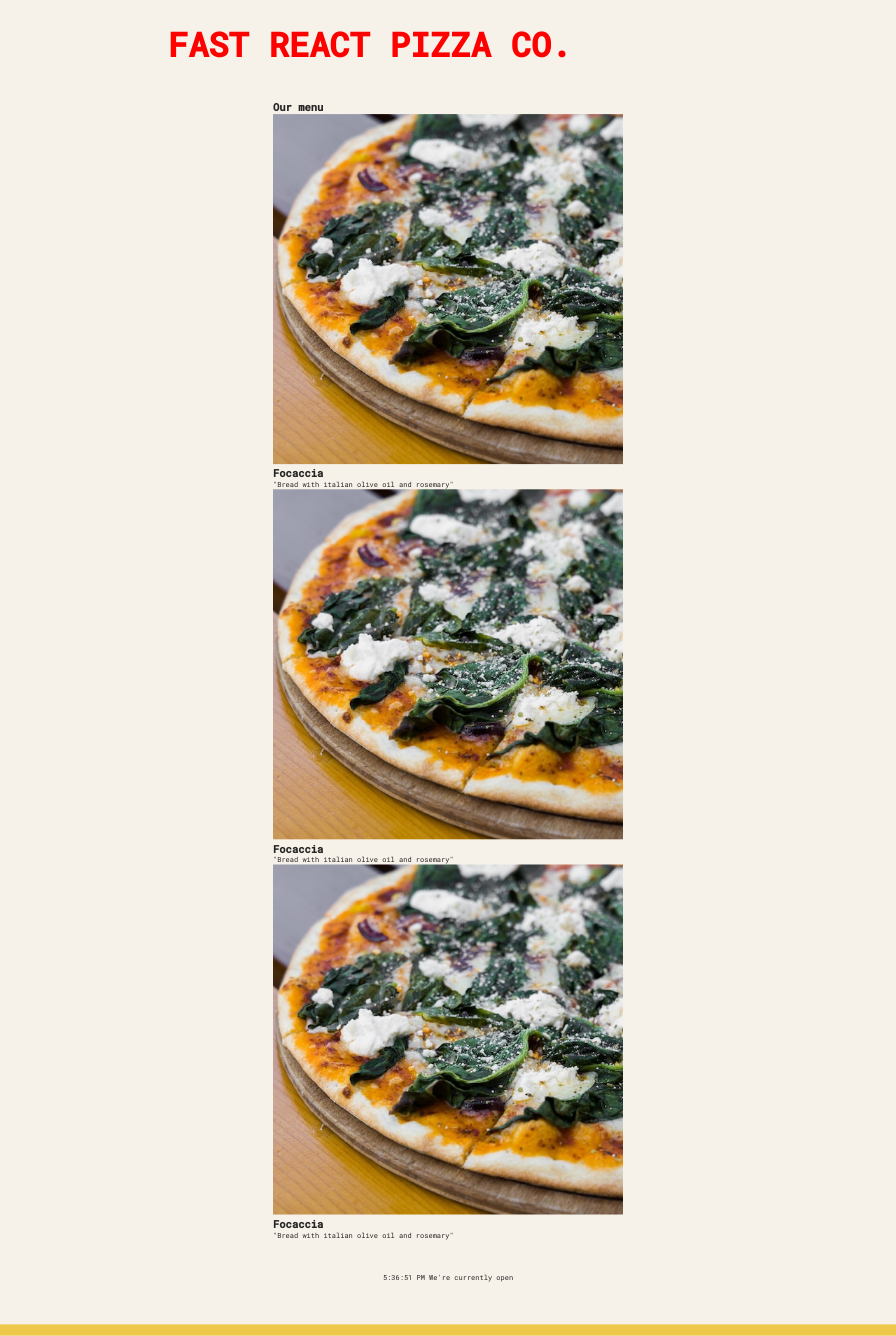
Repository: ahmedharidy/First-React-App
Page: /
The author's editor kept a copy of each file at every save. The page is drawn from the files as they stood at one save, then again after a run of saves.
The browser window is 1280 px wide. The pictures show the whole page, at 70% of full size.
The project was rebuilt for these pictures with package versions that can differ from the ones it lists, and the page was loaded fresh each time.

Above is the page before, as saved 2026-09-22 09:13:08.

### src/index.js
import React from "react";
import ReactDOM from "react-dom/client";
import "./index.css";

const pizzaData = [
  {
    name: "Focaccia",
    ingredients: "Bread with italian olive oil and rosemary",
    price: 6,
    photoName: "pizzas/focaccia.jpg",
    soldOut: false,
  },
  {
    name: "Pizza Margherita",
    ingredients: "Tomato and mozarella",
    price: 10,
    photoName: "pizzas/margherita.jpg",
    soldOut: false,
  },
  {
    name: "Pizza Spinaci",
    ingredients: "Tomato, mozarella, spinach, and ricotta cheese",
    price: 12,
    photoName: "pizzas/spinaci.jpg",
    soldOut: false,
  },
  {
    name: "Pizza Funghi",
    ingredients: "Tomato, mozarella, mushrooms, and onion",
    price: 12,
    photoName: "pizzas/funghi.jpg",
    soldOut: false,
  },
  {
    name: "Pizza Salamino",
    ingredients: "Tomato, mozarella, and pepperoni",
    price: 15,
    photoName: "pizzas/salamino.jpg",
    soldOut: true,
  },
  {
    name: "Pizza Prosciutto",
    ingredients: "Tomato, mozarella, ham, aragula, and burrata cheese",
    price: 18,
    photoName: "pizzas/prosciutto.jpg",
    soldOut: false,
  },
];
function App() {
  return (
    <div className="container">
      <Header />
      <Menu />
      <Footer />
    </div>
  );
}

function Pizza() {
  return (
    <div>
      <img src="pizzas/spinaci.jpg" alt="alt"></img>
      <h2>Focaccia</h2>
      <p>"Bread with italian olive oil and rosemary"</p>
    </div>
  );
}

function Header() {
  const style = { color: "red", fontSize: "48px", textTransform: "uppercase" };

  return (
    <h1 style={style} className="header">
      Fast react pizza co.
    </h1>
  );
}
function Menu() {
  return (
    <div>
      <h2>Our menu</h2>
      <Pizza />
      <Pizza />
      <Pizza />
    </div>
  );
}
function Footer() {
  const hour = new Date().getHours();
  const openHour = 12;
  const closeHour = 22;
  const isOpen = hour >= openHour && hour <= closeHour;

  //   if (hour >= openHour && hour <= closeHour) alert("were currently open!");
  //   else alert("sorry were closed");

  return (
    <footer>{new Date().toLocaleTimeString()} We're currently open</footer>
  );
  //   return React.createElement("footer", null, "we're currently open");
}

const root = ReactDOM.createRoot(document.getElementById("root"));

root.render(<App />);

Loaded but not shown: public/index.html (common file); src/index.css (common file)

After the next 2 saves:
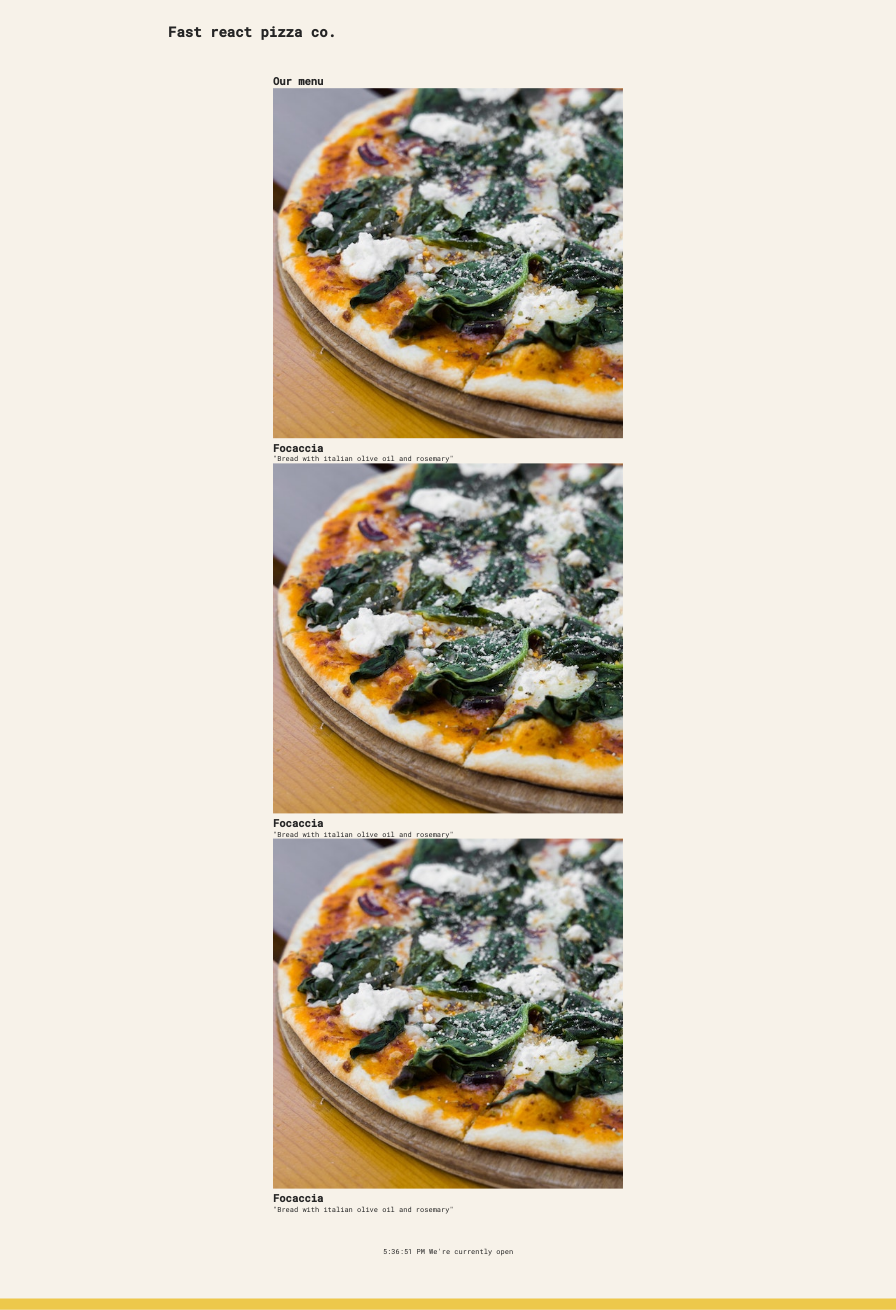
The 2 saves are shown as one change because 1 did not build or start.
The last was saved 47 s later.
--- a/src/index.js
+++ b/src/index.js
@@ -67,8 +67,8 @@ function Pizza() {
 }
 
 function Header() {
-  const style = { color: "red", fontSize: "48px", textTransform: "uppercase" };
-
+  //   const style = { color: "red", fontSize: "48px", textTransform: "uppercase" };
+  const style = {};
   return (
     <h1 style={style} className="header">
       Fast react pizza co.
